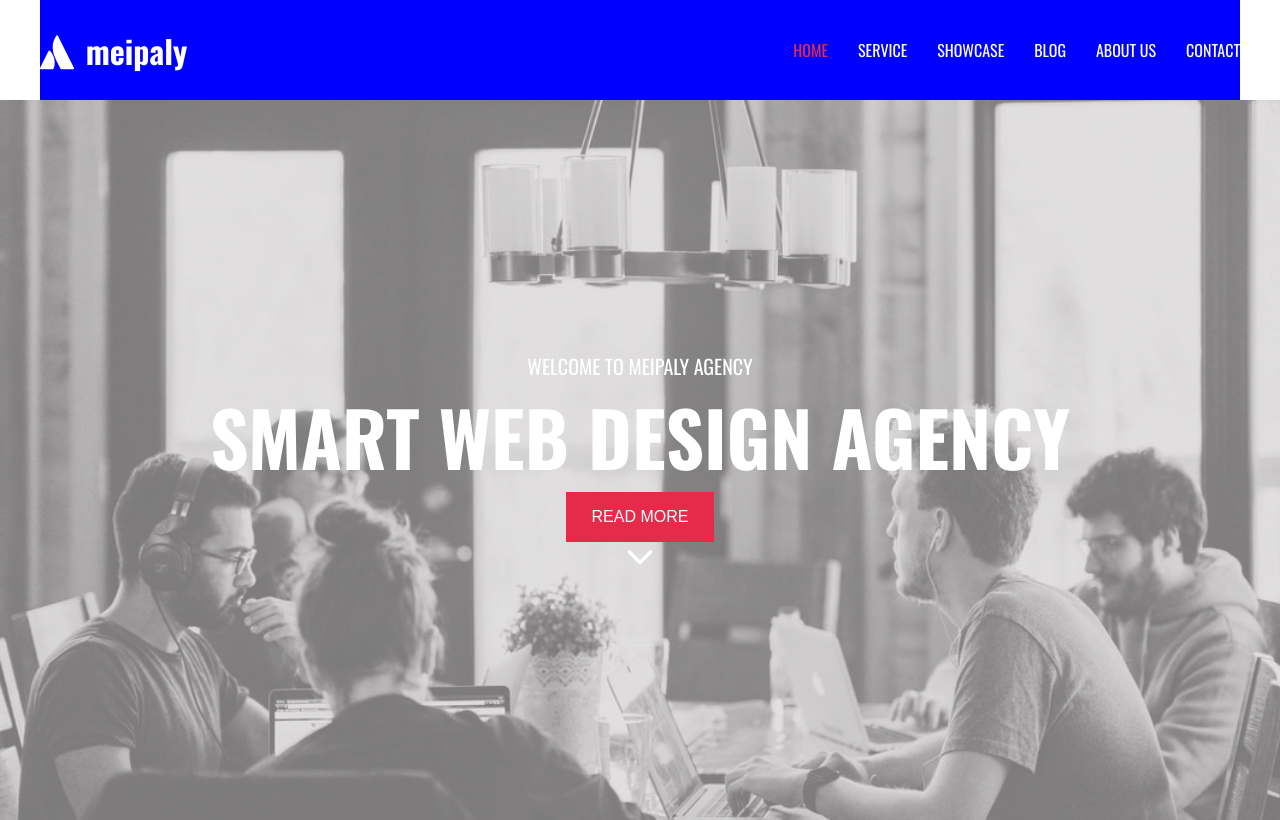
Repository: trminhphuc1504/meipaly
Page: meipaly.html
An editor plug-in stored every save of this project. The page is shown before and after the next save, followed by the edit.
The browser window is 1280 px wide. The pictures show the whole page.
Some web libraries are served in a nearby version.

Above is the page before, as saved 2024-08-18 23:10:41.

After the next save:
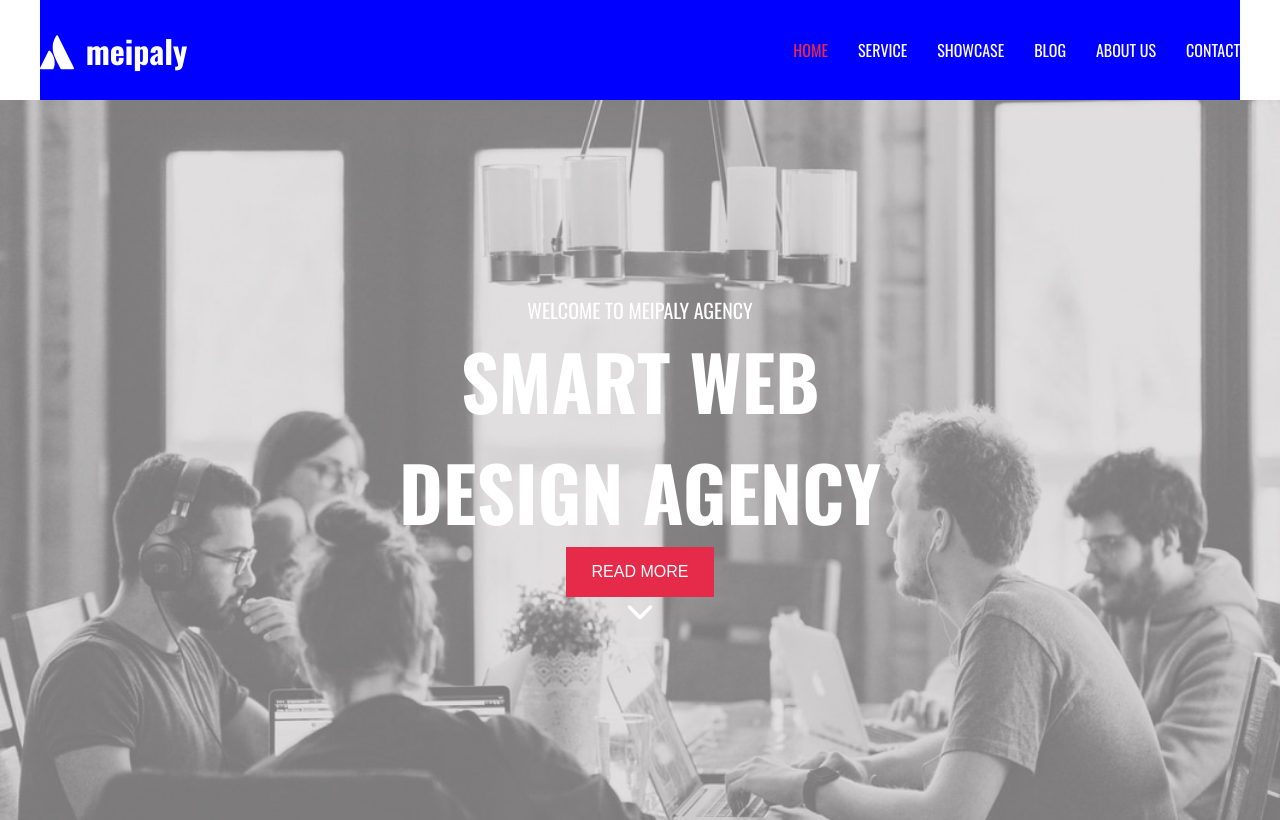
Saved 2 min 23 s later.
--- a/css/meipaly.css
+++ b/css/meipaly.css
@@ -170,6 +170,8 @@
 #banner .banner-content .banner-title{
     color: white;
     font-size: 75px;
+    max-width: 500px;
+    text-align: center;
 }
 
 
